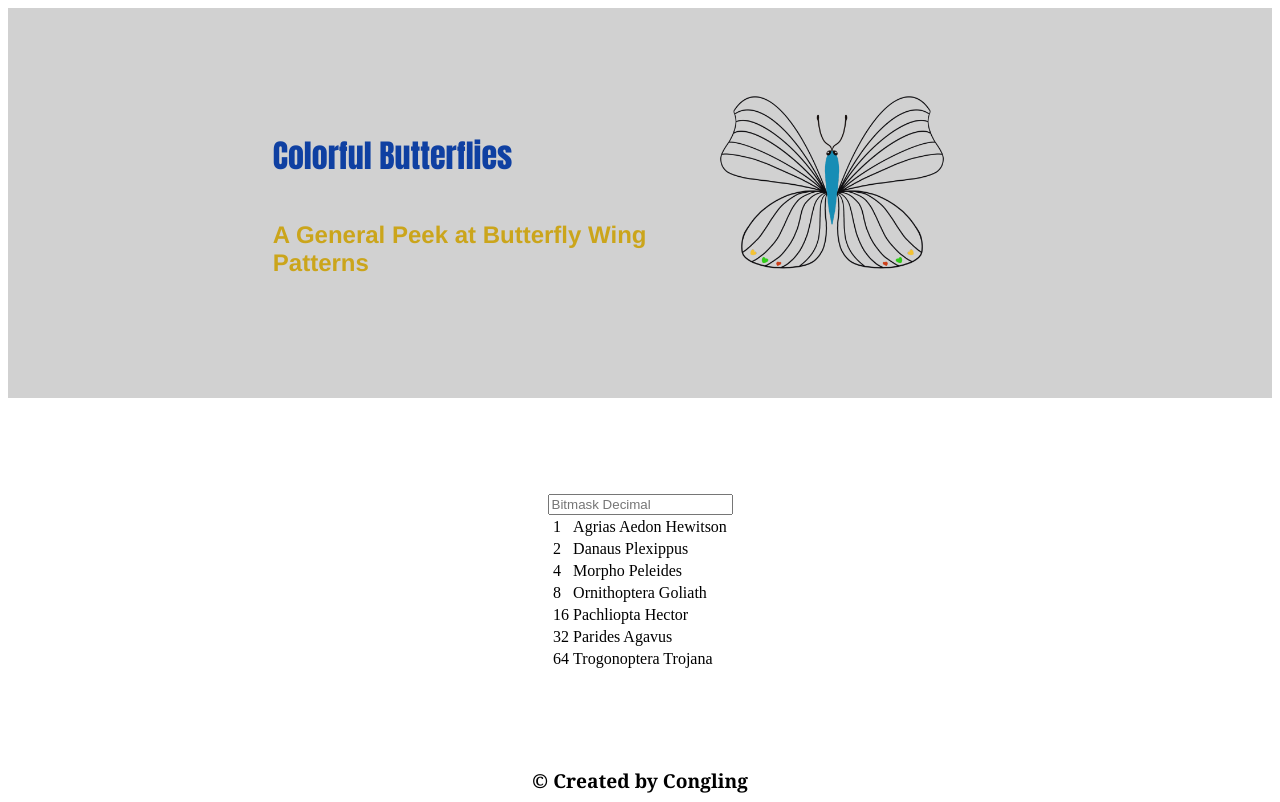
Repository: MeowCeline00/assessment-2
Page: /
The author's editor kept a copy of each file at every save. The page is drawn from the files as they stood at one save, then again after a run of saves.
The browser window is 1280 px wide. The pictures show the whole page.
The project was rebuilt for these pictures with package versions that can differ from the ones it lists, and the page was loaded fresh each time. The framework's server and built-in components were replaced by stand-ins that run in the browser. Also part of the build but not shown: next.config.mjs.

Above is the page before, as saved 2024-02-07 22:20:46.

### pages/index.js
import Head from "next/head";
import { useState } from "react";
import styles from "@/styles/Home.module.css";
import Header from "@/Components/Header";
import Footer from "@/Components/Footer";


export default function Home() {

  // Butterfly Patterns
  const classFilters = {
    //key : value
    1: 'Agrias Aedon Hewitson',
    2: 'Danaus Plexippus',
    4: 'Morpho Peleides',
    8: 'Ornithoptera Goliath',
    16: 'Pachliopta Hector',
    32: 'Parides Agavus',
    64: 'Trogonoptera Trojana'
  }

  const [input, setInput] = useState();
                                    // 3
                                    // 2 & 2 Remainder 1
                                    // 1 & 1 Remainder 0
                                    // 9
                                    // 8 & 8 Remainder 1
                                    // 1 & 1 Remainder 0
  const getClassStyle = flagValue => (input & flagValue) > 0 ? {backgroundColor: 'yellow'} : null;

  return (
    <>
      <Head>
        <title>General View of Butterfly Wing Patterns</title>
        <meta name="description" content="General View of Butterfly Wing Patterns" />
        <meta name="viewport" content="width=device-width, initial-scale=1" />
        <link rel="icon" href="/butt_favicon.ico" />
      </Head>
      <Header />
      <main className={`${styles.main}`}>
       <input
       id="input"
       type="text"
       placeholder='Bitmask Decimal'
       value={input}
       onChange={event => setInput(event.target.value)}
       />
       <table>
        <tbody>
          {
            Object.keys(classFilters).map(item => (
              <tr key={item} style={getClassStyle(item)}>
                <td>{item}</td>
                <td>{classFilters[item]}</td>
              </tr>
            ))
          }
        </tbody>
       </table>
      </main>
      <Footer />
    </>
  );
}

### styles/globals.css
:root {
    --h1: rgb(15, 64, 162);
    --h2: rgb(203, 165, 27);
    --header-background: #d1d1d1;

}

### styles/Home.module.css
.main {
  display: flex;
  flex-direction: column;
  justify-content: space-between;
  align-items: center;
  padding: 6rem;
  min-height: 20vh;
}

### Components/Header/index.js
import Image from 'next/image';
import styles from './Header.module.css';

export default function Header() {
    return (
        <header className={styles.header}>
            <div className={styles.titleArea}>
                <h1> Colorful Butterflies</h1>
                <h2> A General Peek at Butterfly Wing Patterns</h2>
            </div>
            <div className={styles.logoArea}>
                <img src={"/logo.png"} alt="Butterfly Logo" width={350} />
            </div>
        </header>
    );
}

### Components/Footer/index.js
import styles from './Footer.module.css'


export default function Footer() {

    return(
        <footer className={styles.footer}>
            © Created by Congling
        </footer>
    )
}

### Components/Header/Header.module.css
.header {
    display: flex;
    justify-content: space-between;
    align-items: center;
    padding: 20px;
    background-color: var(--header-background);
}

.titleArea {
    display: flex;
    flex-direction: column;
    padding-left: 20%;
}

.titleArea h1 {
    color: var(--h1);
    font-size: xx-large;
    font-family: Impact, Haettenschweiler, 'Arial Narrow Bold', sans-serif;
}

.titleArea h2 {
    color: var(--h2);
    font-family: 'Franklin Gothic Medium', 'Arial Narrow', Arial, sans-serif;
}

.logoArea {
  display: flex;
  padding-right: 20%;
}

### Components/Footer/Footer.module.css
.footer{
    text-align: center;
    font-weight: bold;
    font-family: Georgia, 'Times New Roman', Times, serif;
    font-size: larger;
}

Loaded but not shown: pages/_app.js (common file); pages/_document.js (common file)

After the next 4 saves:
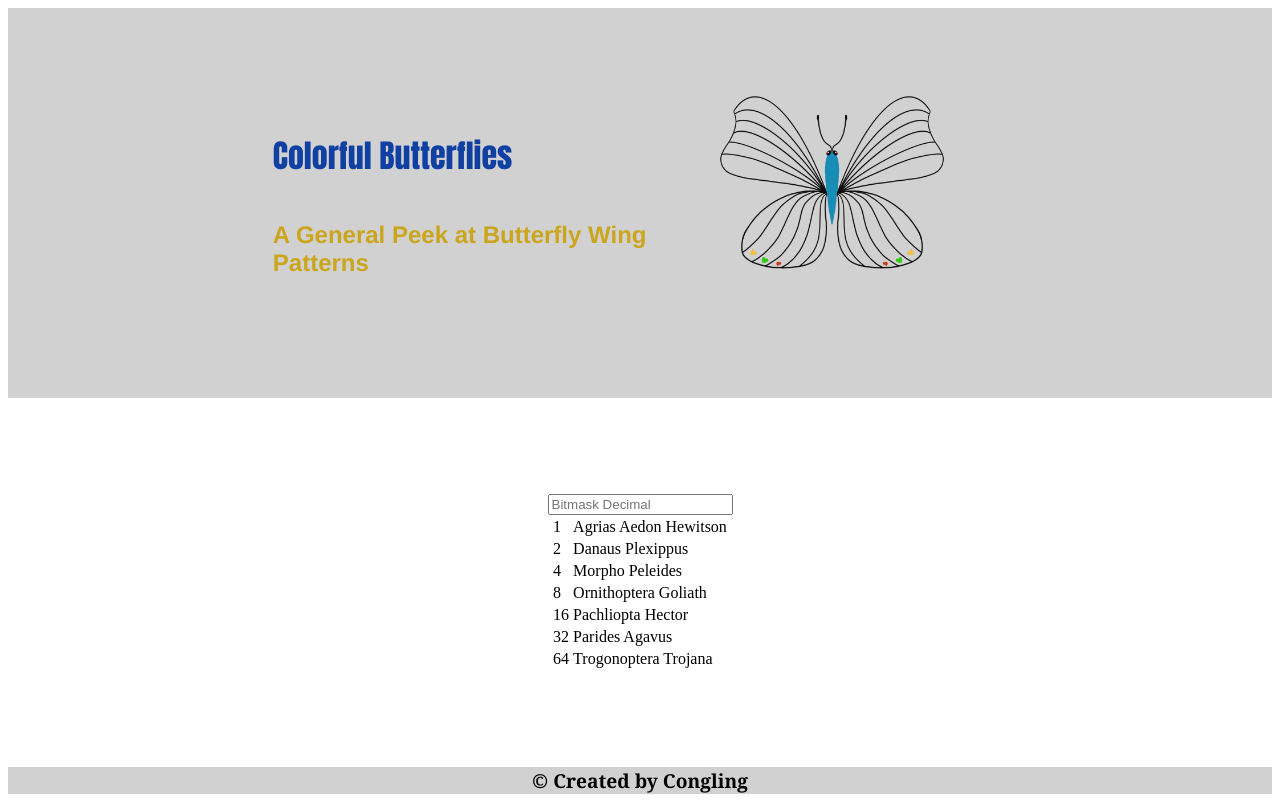
The 4 saves are shown as one change because they came seconds apart.
The last was saved 32 s later.
--- a/Components/Footer/Footer.module.css
+++ b/Components/Footer/Footer.module.css
@@ -3,4 +3,5 @@
     font-weight: bold;
     font-family: Georgia, 'Times New Roman', Times, serif;
     font-size: larger;
+    background-color: var(--header-background);
 }
